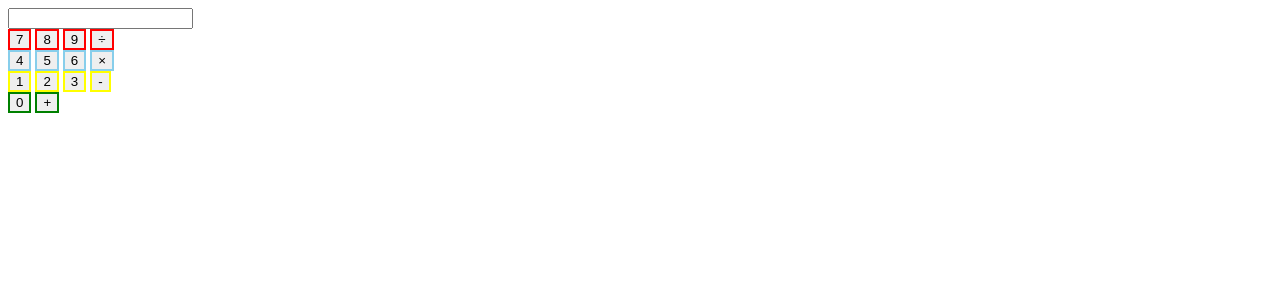
Repository: nakamurayuu/samurai_HTML-CSS
Page: calculator.html
The author's editor kept a record of every edit. The page is drawn from the files as they stood at one moment, then again after the next edit.
The browser window is 1280 px wide. The pictures show the whole page.

Above is the page before.

### calculator.html
<!DOCTYPE html>
<html lang="ja">
<head>
    <meta charset="UTF-8">
    <title>電卓</title>
    <style>
    body {
        font-size: 1em;
        background-color: #FFF;
    }

    #firstShelf {
        border: solid 2px red;
    }

    #secondShelf {
        border: solid 2px skyblue;
    }

    #thirdShelf {
        border: solid 2px yellow;
    }

    #fourthShelf {
        border: solid 2px green;
    }
    </style>
</head>
<body>
    <input tyep="text">
    <div>
        <button id ="firstShelf">7</button>
        <button id ="firstShelf">8</button>
        <button id ="firstShelf">9</button>
        <button id ="firstShelf">÷</button>
    </div>
    <div>
        <button id ="secondShelf">4</button>
        <button id ="secondShelf">5</button>
        <button id ="secondShelf">6</button>
        <button id ="secondShelf">×</button>
    </div>
    <div>
        <button id ="thirdShelf">1</button>
        <button id ="thirdShelf">2</button>
        <button id ="thirdShelf">3</button>
        <button id ="thirdShelf">-</button>
    </div>
    <div>
        <button id ="fourthShelf">0</button>
        <button id ="fourthShelf">+</button>
    </div>
</body>

<script>

</script>
</html>

After the next edit:
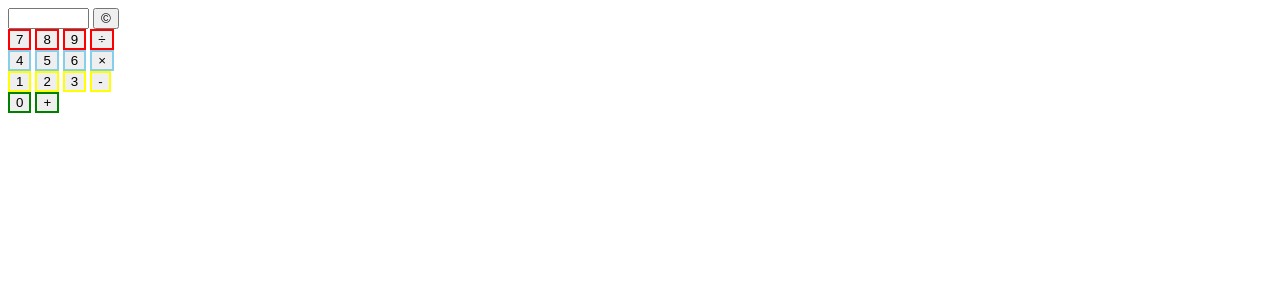
The edit:
--- a/calculator.html
+++ b/calculator.html
@@ -27,7 +27,8 @@
     </style>
 </head>
 <body>
-    <input tyep="text">
+    <input tyep="text" size="7.8px">
+    <button id ="©">©</button>
     <div>
         <button id ="firstShelf">7</button>
         <button id ="firstShelf">8</button>
